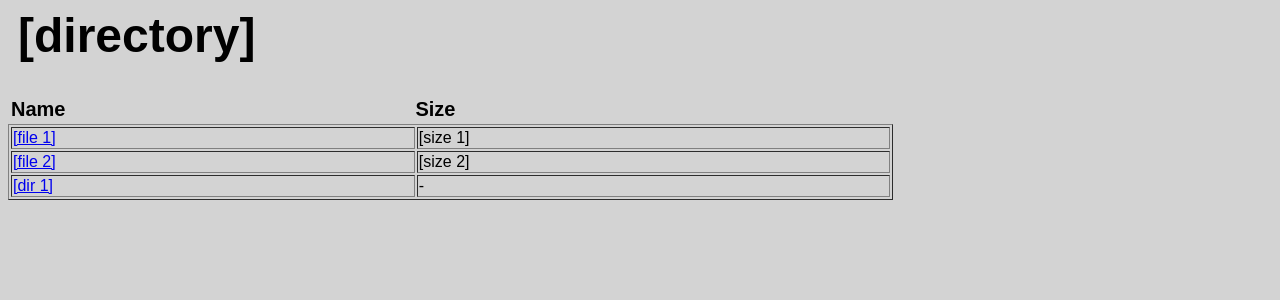
Repository: sharhar/JavaWebserver
Page: Server/res/nav.html
The author's editor kept a copy of each file at every save. The page is drawn from the files as they stood at one save, then again after the next save.
The browser window is 1280 px wide. The pictures show the whole page.

Above is the page before, as saved 2016-05-15 14:38:49.

After the next save:
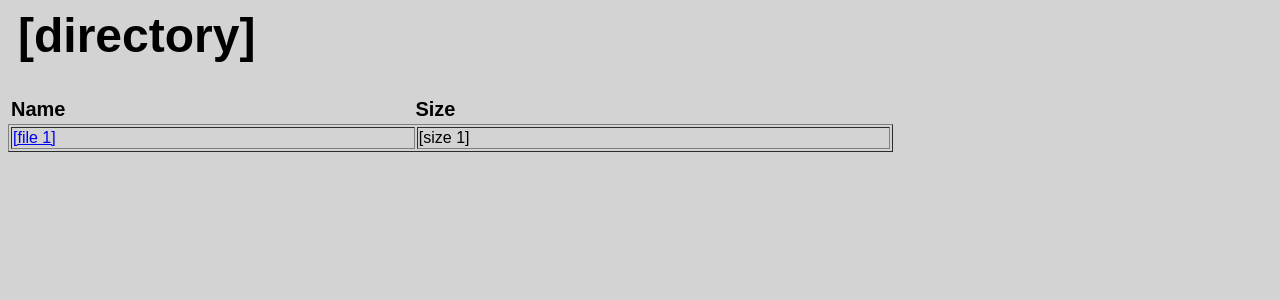
Saved 69 s later.
--- a/Server/res/nav.html
+++ b/Server/res/nav.html
@@ -42,14 +42,6 @@
 						<td><a href="#">[file 1]</a></td>
 						<td>[size 1]</td>
 					</tr>
-					<tr>
-						<td><a href="#">[file 2]</a></td>
-						<td>[size 2]</td>
-					</tr>
-					<tr>
-						<td><a href="#">[dir 1]</a></td>
-						<td>-</td>
-					</tr>
 			</table>
 		</div>
 	</body>
